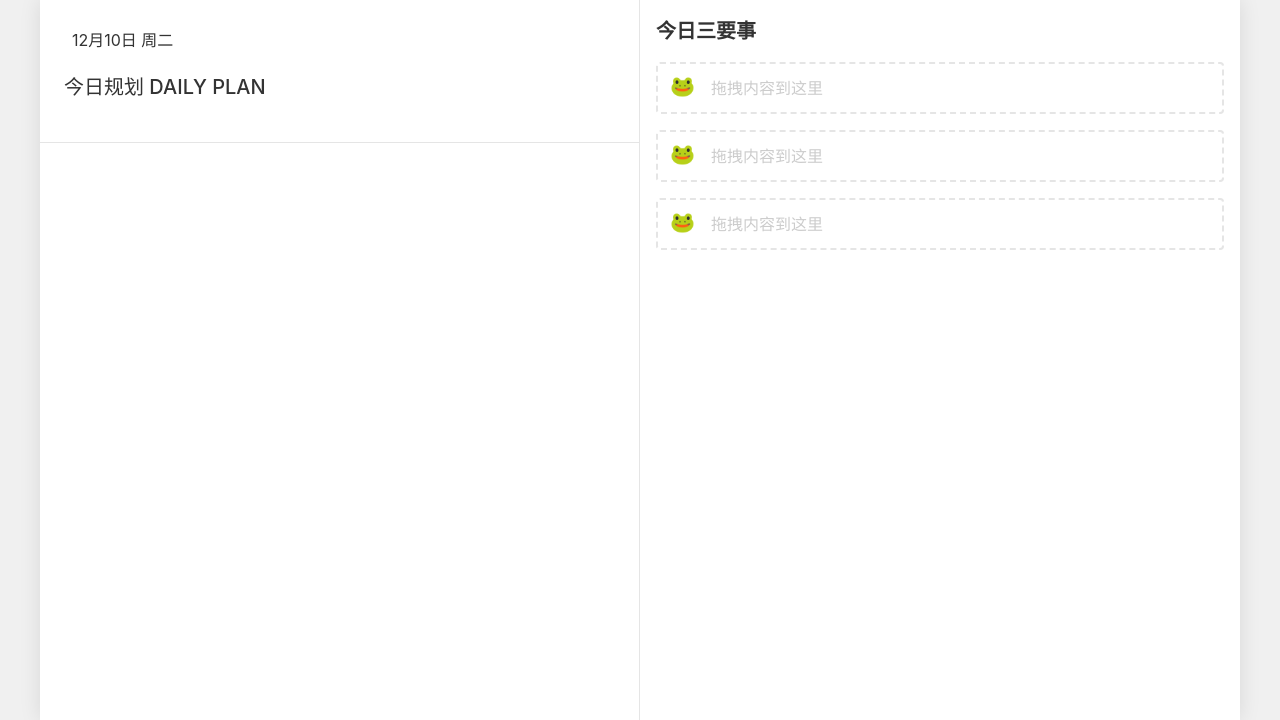
Repository: a6288a/Daily-Planner
Page: index.html
The author's editor kept a copy of each file at every save. The page is drawn from the files as they stood at one save, then again after the next save.
The browser window is 1280 px wide. The pictures show the whole page.

Above is the page before, as saved 2024-12-10 16:16:13.
Console error: ReferenceError: handleDragEnd is not defined

After the next save:
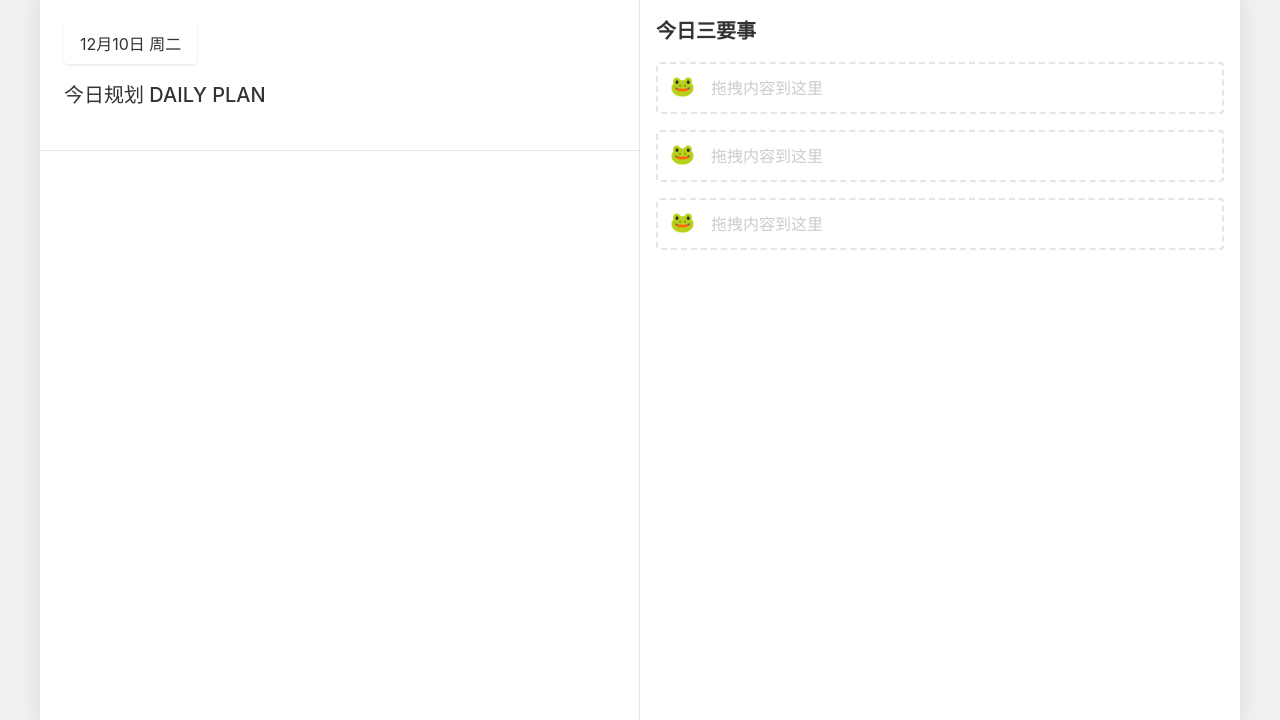
Saved 4 s later.
--- a/styles.css
+++ b/styles.css
@@ -310,16 +310,19 @@ body {
     margin-bottom: calc(var(--spacing-unit) * 2);
     cursor: pointer;
     display: inline-block;
-    padding: 4px 8px;
-    border-radius: 4px;
-    transition: background-color 0.2s;
+    padding: 8px 16px;
+    border-radius: 4px;
+    background-color: var(--paper-color);
+    box-shadow: 0 1px 3px rgba(0,0,0,0.1);
+    transition: all 0.2s ease;
 }
 
 .current-date:hover {
     background-color: var(--line-color);
-}
-
-/* 修改��签样式 */
+    box-shadow: 0 2px 5px rgba(0,0,0,0.15);
+}
+
+/* 修改签样式 */
 .note {
     position: absolute;
     min-width: 200px;
@@ -396,3 +399,33 @@ body {
     background-color: rgba(74, 144, 226, 0.1);
     transform: scale(1.02);
 }
+
+/* 日期显示样式 */
+.current-date {
+    font-size: 1rem;
+    color: var(--ink-color);
+    margin-bottom: calc(var(--spacing-unit) * 2);
+    cursor: pointer;
+    display: inline-block;
+    padding: 8px 16px;
+    border-radius: 4px;
+    background-color: var(--paper-color);
+    box-shadow: 0 1px 3px rgba(0,0,0,0.1);
+    transition: all 0.2s ease;
+}
+
+.current-date:hover {
+    background-color: var(--line-color);
+    box-shadow: 0 2px 5px rgba(0,0,0,0.15);
+}
+
+/* 便签内容样式 */
+.note-content {
+    min-height: 60px;
+    outline: none;
+    padding: 4px;
+}
+
+.note-content:focus {
+    background-color: rgba(74, 144, 226, 0.05);
+}
